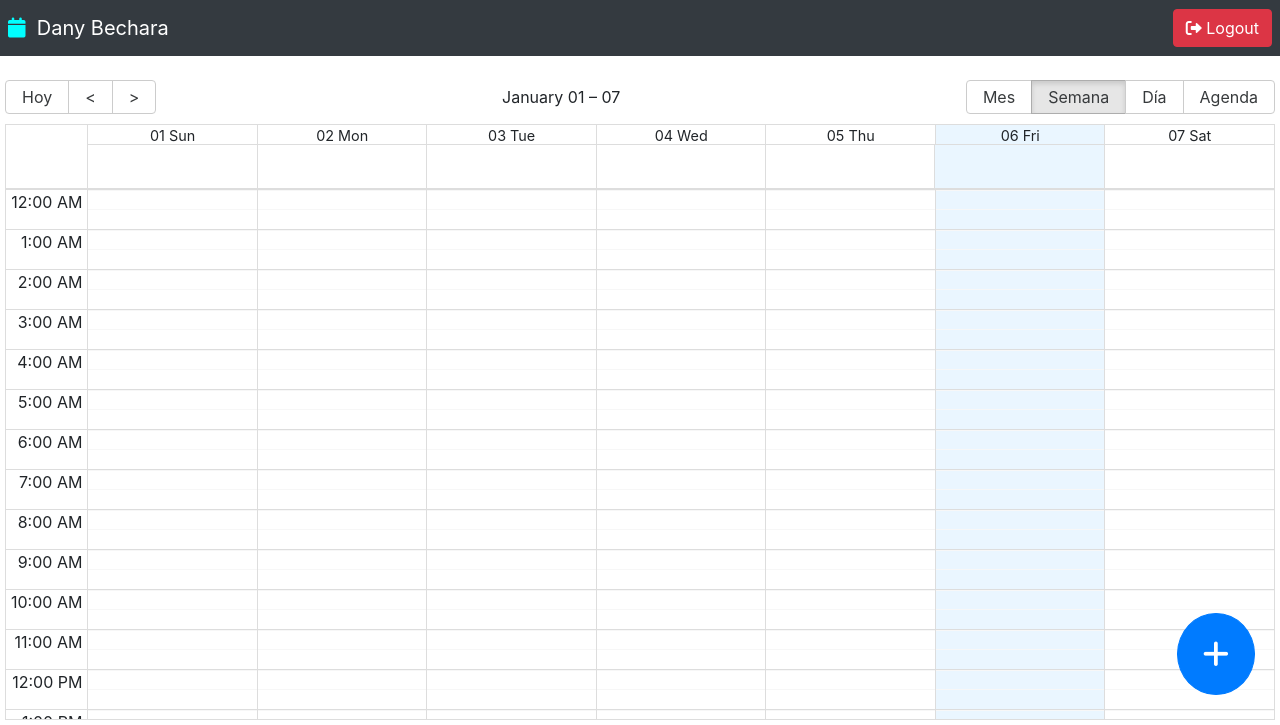
Repository: bechara611/calendar-frontend
Page: /
These files come from the project's save history. The page is drawn as it stood at one moment and after the next save; the edit follows.
The browser window is 1280 px wide. The pictures show the whole page.
An inner scrolling area shows only its first screen. The project was rebuilt for these pictures with package versions that can differ from the ones it lists, and the page was loaded fresh each time. Some packages were replaced by stand-ins written for this rebuild. Also part of the build but not shown: vite.config.js. Imported but missing from the stored project, and not drawn on this page: src/auth.

Above is the page before, as saved 2023-01-11 18:37:44.

After the next save:
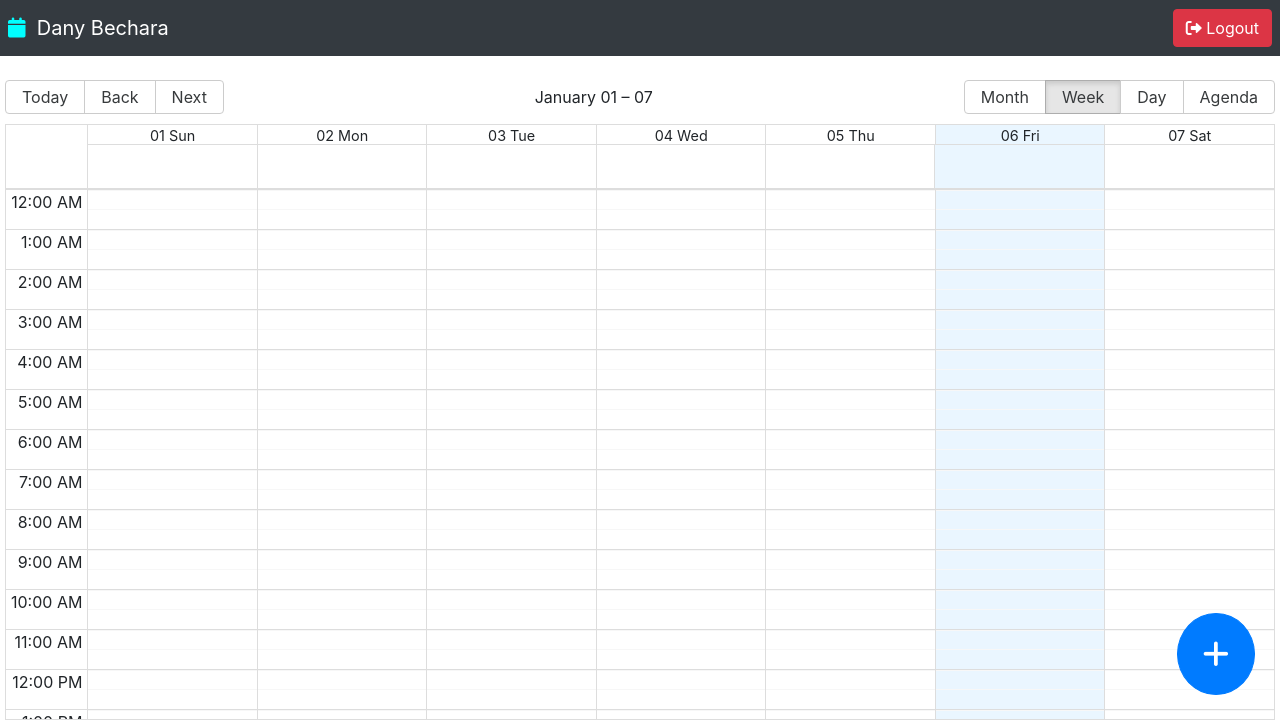
Saved 3 min 6 s later.
--- a/src/helpers/Messages.js
+++ b/src/helpers/Messages.js
@@ -1,17 +1,6 @@
 export const getMessages =()=>{
     return {
-        allDay: 'Todo el día',
-        previous: '<',
-        next: '>',
-        today: 'Hoy',
-        month: 'Mes',
-        week: 'Semana',
-        day: 'Día',
-        agenda: 'Agenda',
-        date: 'Fecha',
-        time: 'Hora',
-        event: 'Evento',
-        noEventsInRange: 'No hay eventos en este rango',
+
         showMore: total => `+ Ver más (${total})`
     };
 }
